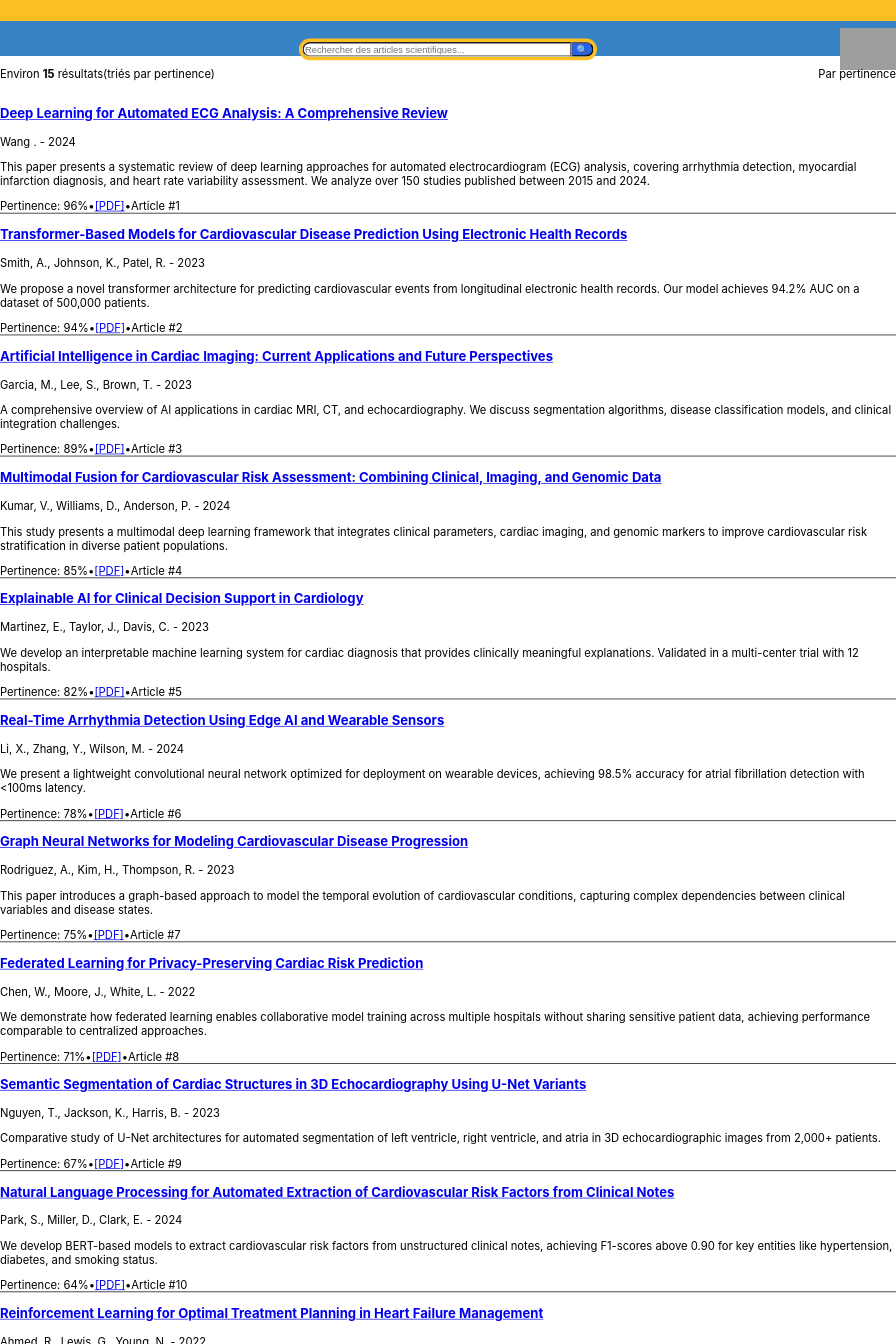
Repository: elh33/SemanticSciSearch
Page: / (app in frontend/)
These files come from the project's save history. The page is drawn as it stood at one moment and after the next save; the edit follows.
The browser window is 1280 px wide. The pictures show the part of the page from y = 0 to 1920 px (the page is 2655 px tall before and 3105 px after), at 70% of full size.
Pictures or frames that could not be fetched are drawn as grey boxes. The project was rebuilt for these pictures with package versions that can differ from the ones it lists, and the page was loaded fresh each time.

Above is the page before, as saved 2025-11-21 23:15:44.

After the next save:
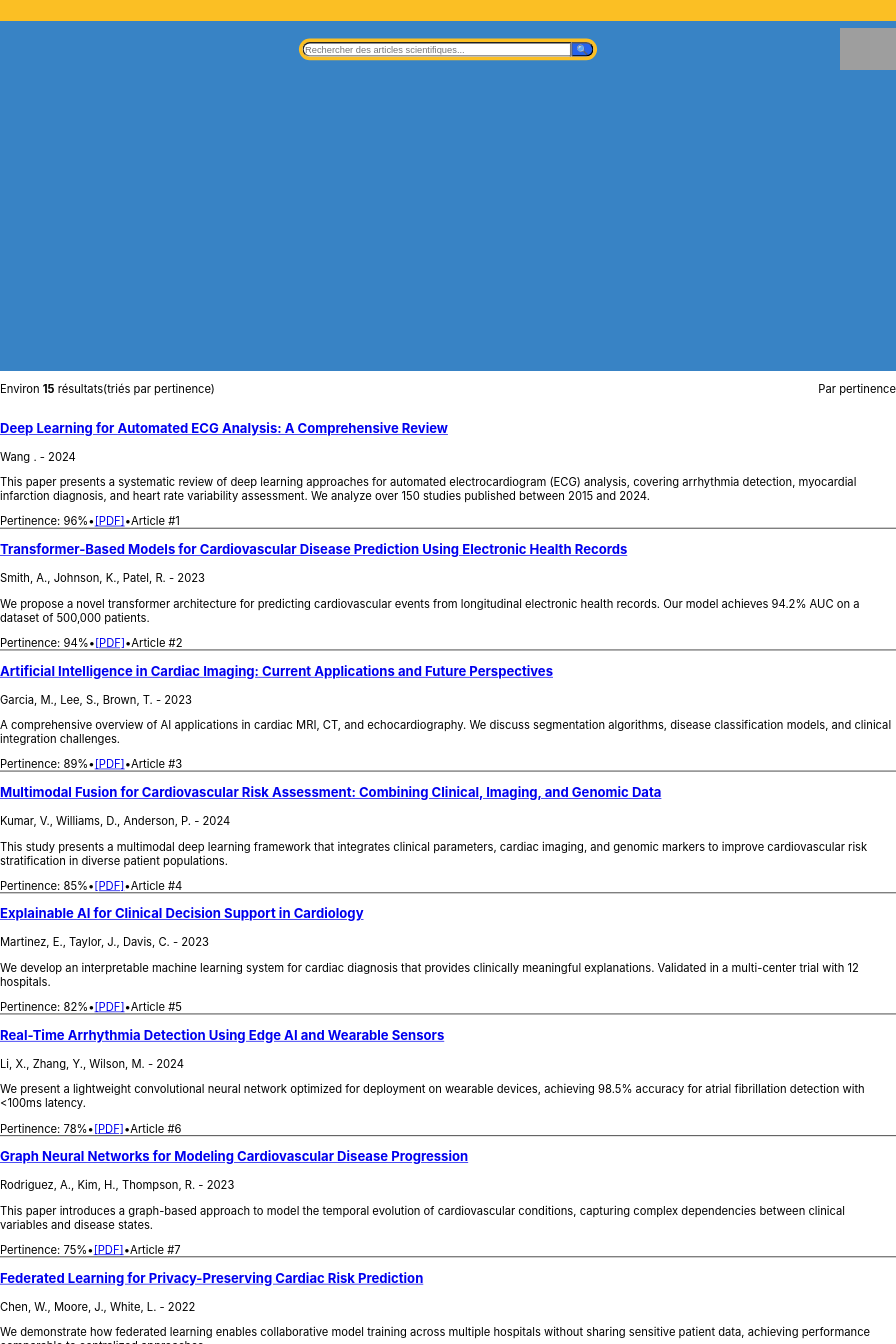
Saved 7 s later.
--- a/frontend/src/components/SearchResults.tsx
+++ b/frontend/src/components/SearchResults.tsx
@@ -42,7 +42,7 @@
       <div style={{ backgroundColor: '#fbbf24', height: '30px' }} className="w-full"></div>
 
       {/* En-tête avec fond bleu - GRANDE BARRE */}
-      <div style={{ backgroundColor: '#3883c5ff' , height: '50px' }} className="w-full">
+      <div style={{ backgroundColor: '#3883c5ff' , height: '500px' }} className="w-full">
         <div className="max-w-7xl mx-auto px-4 py-10">
           <div className="flex items-center justify-between gap-6">
             {/* Espace vide à gauche pour centrer la barre */}

After the save that followed:
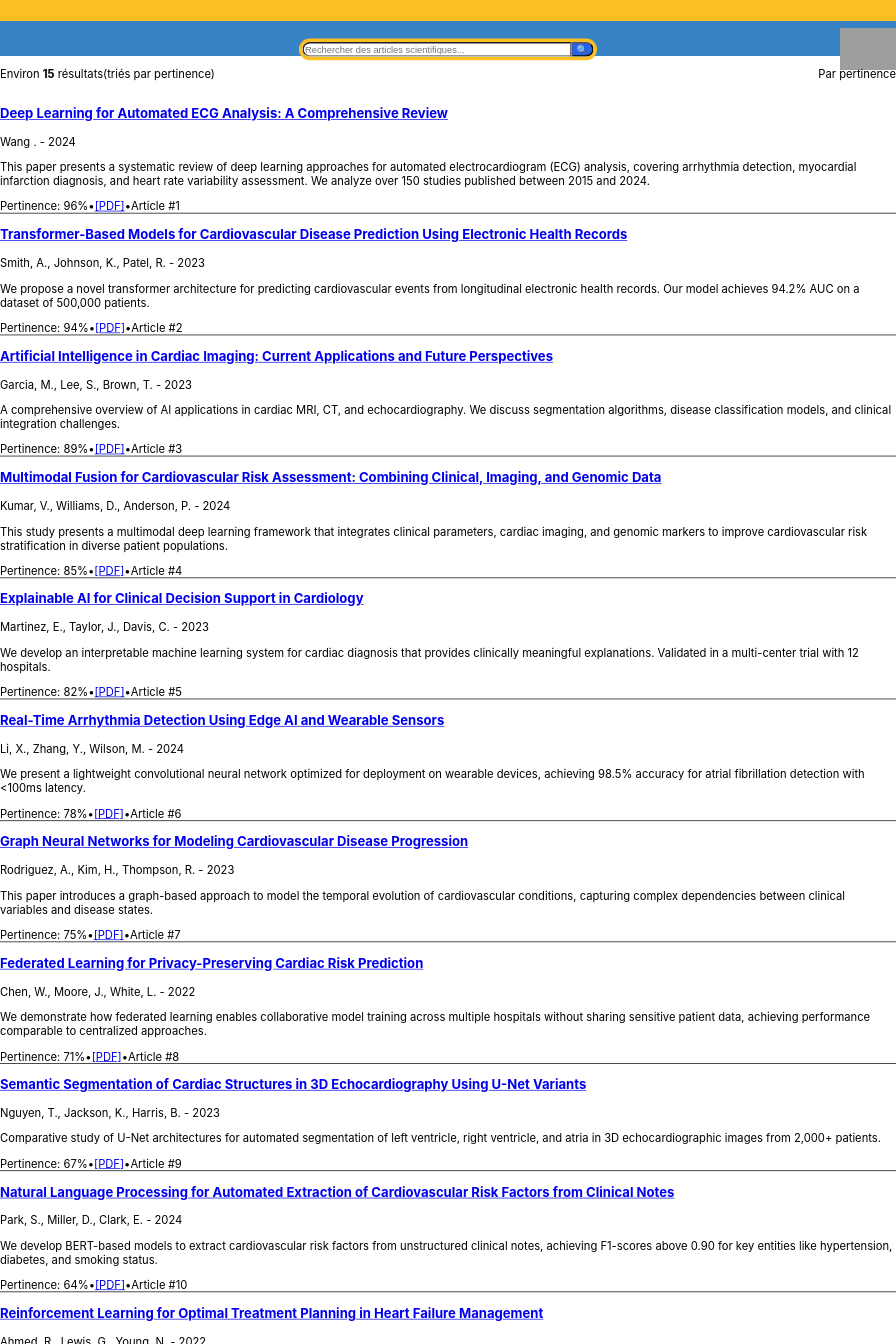
Saved 12 s later.
--- a/frontend/src/components/SearchResults.tsx
+++ b/frontend/src/components/SearchResults.tsx
@@ -42,7 +42,7 @@
       <div style={{ backgroundColor: '#fbbf24', height: '30px' }} className="w-full"></div>
 
       {/* En-tête avec fond bleu - GRANDE BARRE */}
-      <div style={{ backgroundColor: '#3883c5ff' , height: '500px' }} className="w-full">
+      <div style={{ backgroundColor: '#3883c5ff' , height: '50px' }} className="w-full">
         <div className="max-w-7xl mx-auto px-4 py-10">
           <div className="flex items-center justify-between gap-6">
             {/* Espace vide à gauche pour centrer la barre */}
